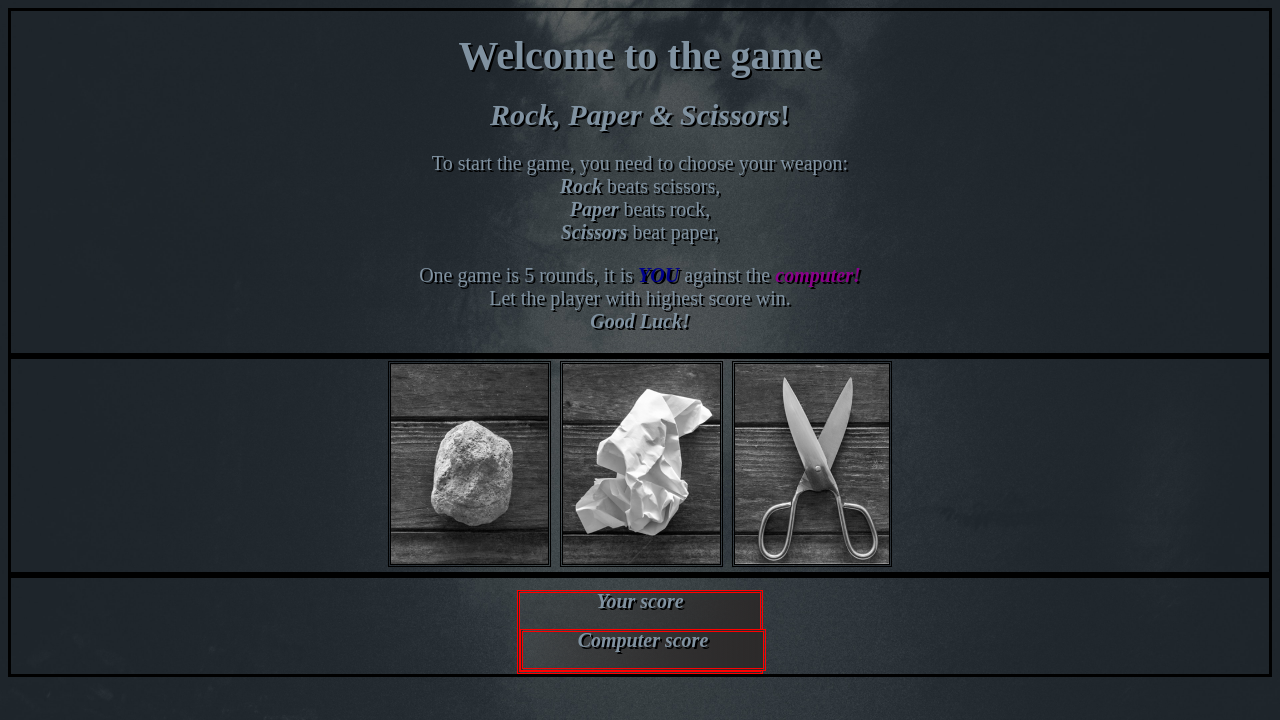
Repository: agneta1991/rock-paper-scissors
Page: Desktop/coding/index2.html
The author's editor kept a copy of each file at every save. The page is drawn from the files as they stood at one save, then again after the next save.
The browser window is 1280 px wide. The pictures show the whole page.

Above is the page before, as saved 2023-03-06 08:50:18.

### Desktop/coding/index2.html
<!DOCTYPE html>
<html lang="en">
<head>
    <meta charset="UTF-8">
    <title>Rock Paper Scissors</title>
    <link rel="styleSheet" href='styles.css'>
</head>
<body>
    <script src="js.js" defer></script>
    <div class="container1">
        <div class="title">
            <h1>Welcome to the game </h1>
            <h2><span>Rock, Paper & Scissors</span>!</h2>
            <p>To start the game, you need to choose your weapon:<br>
            <span>Rock</span> beats scissors, <br>
            <span>Paper</span> beats rock, <br>
            <span>Scissors</span> beat paper,</p>
            <p>One game is 5 rounds, it is <span style="color: darkblue">YOU</span> against the <span style="color: darkmagenta">computer!</span><br>
            Let the player with highest score win.<br>
        <span>Good Luck!</span></p>
        </div>
    </div>
    <div class ="container2">
        <div class="options">
            <button class="Rock"> <img src='images/rock.png'></button>
            <button class="Paper"><img src='images/paper.png'></button>
            <button class="Scissors"><img src='images/scissors.png'></button>
        </div>
    </div>
    <div class="container3">
        <div id="playerChoice"></div><div id="computerChoice"></div>
        <div id="msg"></div>
        <div class="score">
            <div class="playerScore"><span>Your score<span></span>
            <div id="displayedPlayerScore"></p></div>
            <div class="computerScore"><span>Computer score<span></span>
            <div id="displayedComputerScore"></p></div></div>
        </div>
    </div>
</body>
</html>

### Desktop/coding/styles.css
body{
    background-image: url('images/background.jpg');
    background-size:100%;
}
h1, h2{
    line-height: 90%;
}

.container1, .container2, .container3{
    border: solid black;
    color: rgb(128, 146, 161);
    text-shadow: 2px 2px black;
    font-size: 20px;
}
span{
    font-weight: bold;
    font-style: italic;
}
.container1{
    display: flex;
    justify-content: center;
    text-align: center;
}


img{
    width: auto ;
    height: 200px ;
    border-style: double;
}

.container2 {
    display: flex;
    justify-content: center;
    gap: 8px;
}
button{
    background-color: transparent;
    padding: 0%;
    border-color: transparent;
}


img {
    -webkit-filter:
    grayscale(100%);
    filter:grayscale(100%);
    -webkit-transition: .2s
    ease-in-out;
    transition: .2s ease-in-out;

}

img:hover {
    -webkit-filter:grayscale(0);
    filter:grayscale(0);

}

.playerScore, .computerScore {
    border-color: red;
    line-height: 80%;
    border-style: hidden;
    width: 240px;
    border-style: double;
    background-image: linear-gradient(to right, rgba(156, 146, 146, 0.055),rgb(44, 42, 42) );
}

.score{
    border-color: yellow;
    display: flex;
    flex-wrap: wrap;
    justify-content: center;
    text-align: center;
    gap: 5px;

}

#playerChoice, #computerChoice, #msg{
    display: flex;
    justify-content: center;
    text-align: center;
    padding: 2px;
    font-size: 25px;
    display: flex;
    justify-content: center;
    text-align: center;
}

### Desktop/coding/js.js
const choice = ['Rock', 'Paper', 'Scissors'];
const computerChoice = choice[Math.floor(Math.random()*choice.length)];


function round() {
const btn = document.querySelectorAll('button');


function oneClick(){
    btn.forEach((individualBtn)=>{
    individualBtn.addEventListener('click', ()=>{
        document.getElementById ('playerChoice').innerHTML = individualBtn.className + ' against '
        document.getElementById('computerChoice').innerHTML = computerChoice;
        let clicked = individualBtn.className;
        console.log(clicked);


            let msgComp = 'Computer wins!';
            let msgPlay = 'You win!';
            let msgT = "it's a tie!";
            let playerScore=0;
            let computerScore=0;

         if (clicked === 'Rock' && computerChoice === 'Paper'){
            document.getElementById('msg').innerHTML= msgComp;
            ++computerScore;
            document.getElementById('displayedComputerScore').innerHTML = computerScore;
            document.getElementById('displayedPlayerScore').innerHTML = playerScore;
            } else if (clicked==='Paper' && computerChoice ==='Scissors'){
            document.getElementById('msg').innerHTML= msgComp;
            ++computerScore;
            document.getElementById('displayedComputerScore').innerHTML = computerScore;
            document.getElementById('displayedPlayerScore').innerHTML = playerScore;
            } else if (clicked === 'Scissors' && computerChoice==='Rock'){
            ++computerScore;
            document.getElementById('displayedComputerScore').innerHTML = computerScore;
            document.getElementById('displayedPlayerScore').innerHTML = playerScore;
            document.getElementById('msg').innerHTML= msgComp;
            } else if (clicked=== 'Paper' && computerChoice==='Rock'){
            ++playerScore;
            document.getElementById('displayedPlayerScore').innerHTML = playerScore;
            document.getElementById('displayedComputerScore').innerHTML = computerScore;
            document.getElementById('msg').innerHTML= msgPlay;
            } else if(clicked === 'Scissors' && computerChoice === 'Paper'){
            ++playerScore;
            document.getElementById('displayedPlayerScore').innerHTML = playerScore;
            document.getElementById('displayedComputerScore').innerHTML = computerScore;
            document.getElementById('msg').innerHTML= msgPlay;
            } else if (clicked === 'Rock' && computerChoice==='Scissors'){
            ++playerScore;
            document.getElementById('displayedPlayerScore').innerHTML = playerScore;
            document.getElementById('displayedComputerScore').innerHTML = computerScore;
            document.getElementById('msg').innerHTML= msgPlay;

            } else document.getElementById('msg').innerHTML= msgT;
            document.getElementById('displayedPlayerScore').innerHTML = playerScore;
            document.getElementById('displayedComputerScore').innerHTML = computerScore;


    });
});
}
oneClick();


}

round();

After the next save:
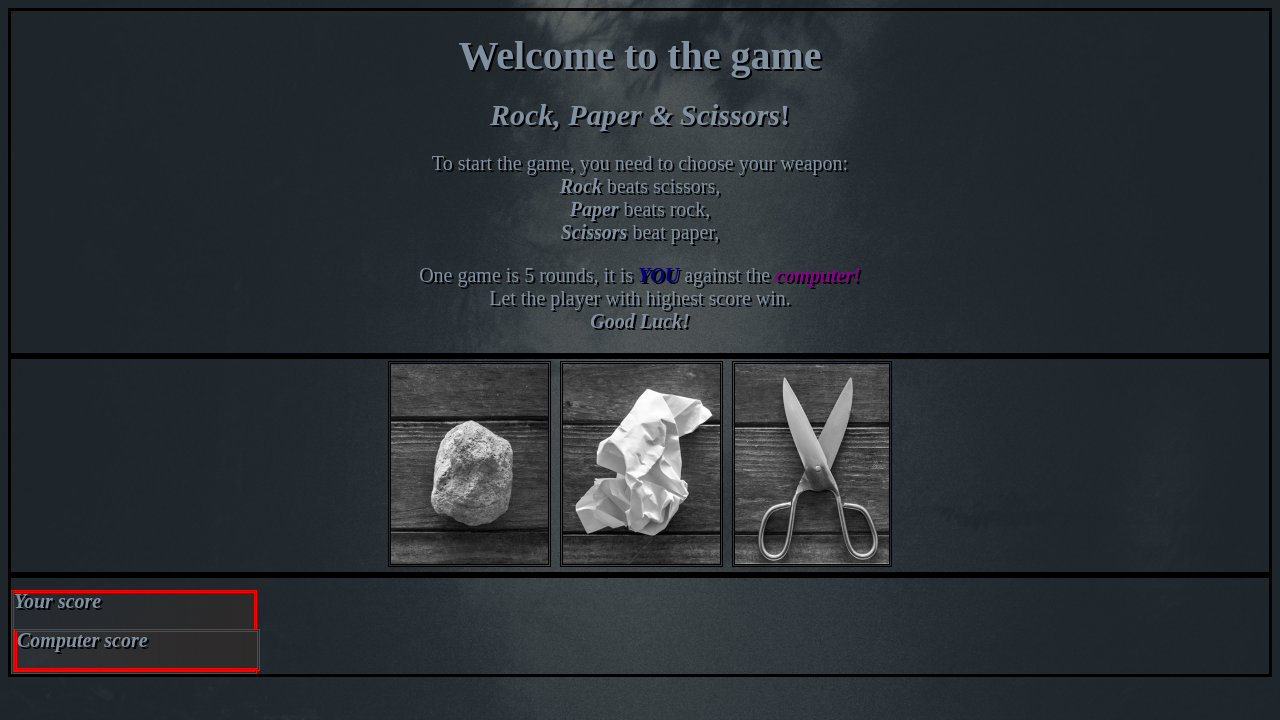
Saved 55 s later.
--- a/Desktop/coding/styles.css
+++ b/Desktop/coding/styles.css
@@ -60,13 +60,13 @@
 .playerScore, .computerScore {
     border-color: red;
     line-height: 80%;
-    border-style: hidden;
+
     width: 240px;
     border-style: double;
     background-image: linear-gradient(to right, rgba(156, 146, 146, 0.055),rgb(44, 42, 42) );
 }
 
-.score{
+.displayedComputerscore{
     border-color: yellow;
     display: flex;
     flex-wrap: wrap;

After the 2 saves that followed:
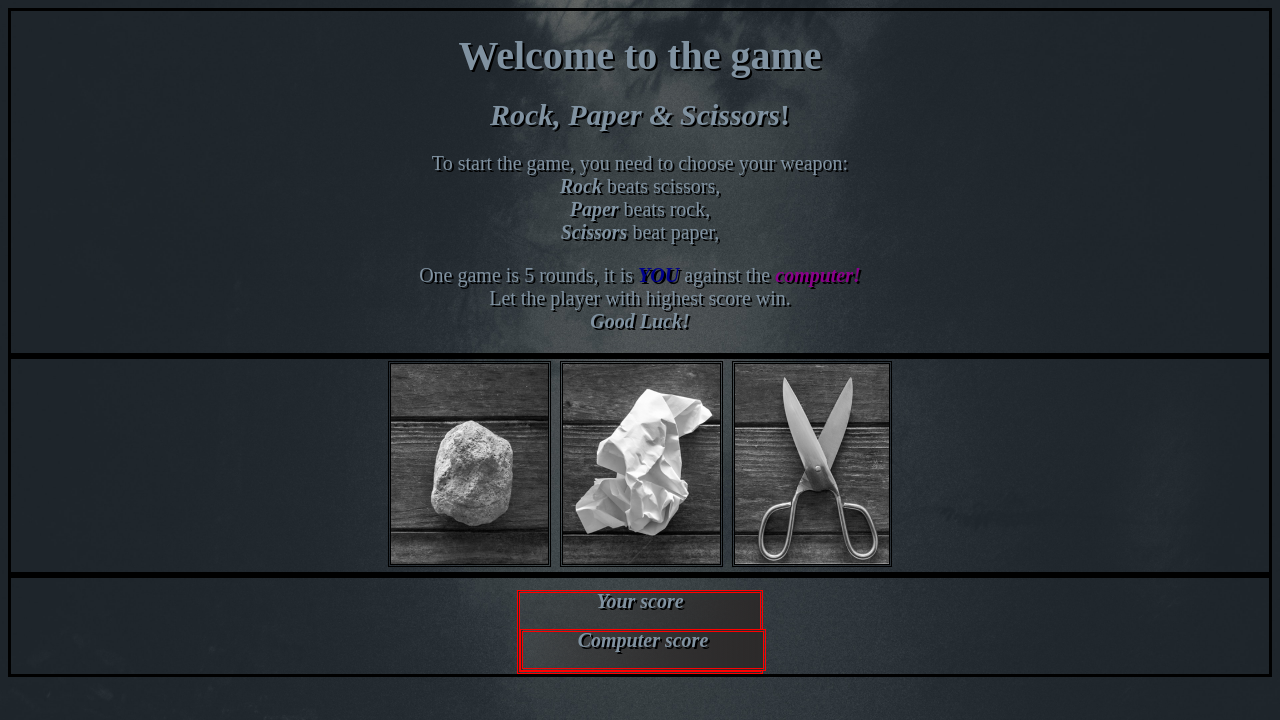
The 2 saves are shown as one change because 1 left the picture as it was.
The last was saved 29 s later.
--- a/Desktop/coding/styles.css
+++ b/Desktop/coding/styles.css
@@ -66,8 +66,7 @@
     background-image: linear-gradient(to right, rgba(156, 146, 146, 0.055),rgb(44, 42, 42) );
 }
 
-.displayedComputerscore{
-    border-color: yellow;
+.score{
     display: flex;
     flex-wrap: wrap;
     justify-content: center;
